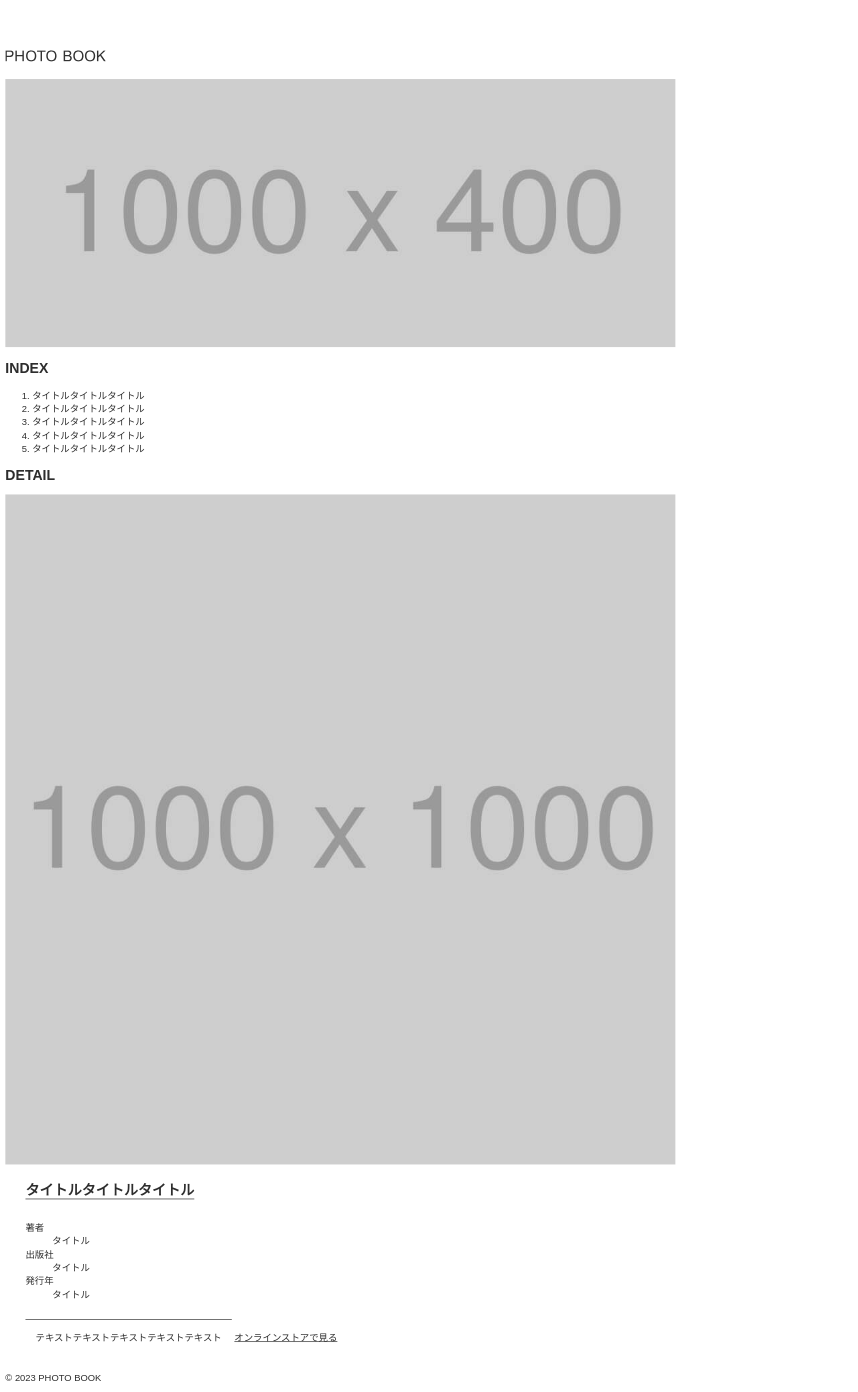
Repository: Fuki-san/photo-book-1
Page: http://localhost/photo
An editor plug-in stored every save of this project. The page is shown before and after a run of saves, followed by the edit.
The browser window is 1280 px wide. The pictures show the whole page, at 67% of full size.
The page is served by the project's Laravel application, run on PHP 8.4 with Laravel 10.

Above is the page before, as saved 2023-11-26 16:27:49.

After the next 2 saves:
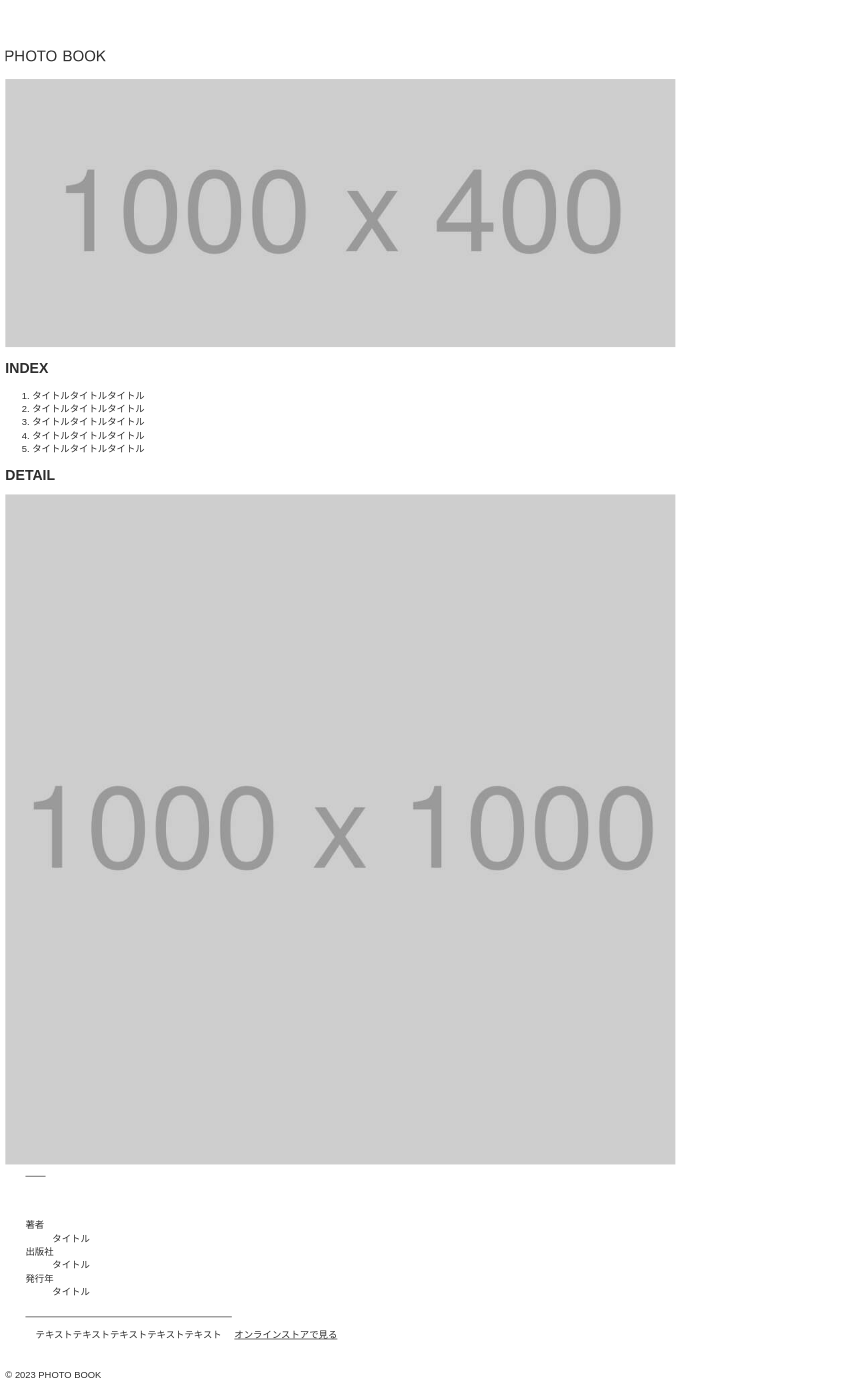
The 2 saves are shown as one change because they came seconds apart.
The last was saved 36 s later.
--- a/resources/views/photo.blade.php
+++ b/resources/views/photo.blade.php
@@ -33,7 +33,7 @@
                             <img src="img/detail.jpg">
 
                         <div class="text">
-                            <h2 class="sec-title">タイトルタイトルタイトル</h2>
+                            <p></p>
                             <dl>
                                 <dt>著者</dt>
                                 <dd>タイトル</dd>
